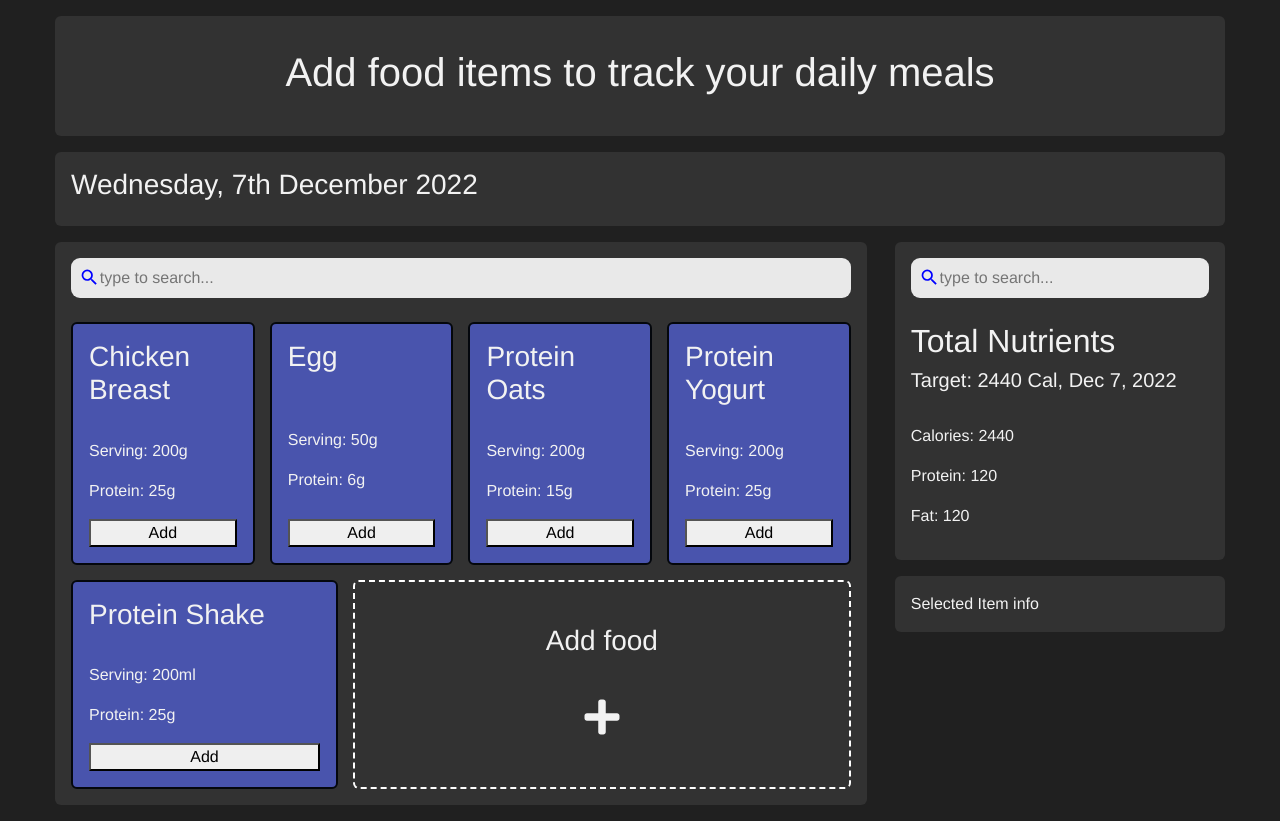
Repository: CEEPREL/NutritionTracker
Page: /
The author's editor kept a copy of each file at every save. The page is drawn from the files as they stood at one save, then again after the next save.
The browser window is 1280 px wide. The pictures show the whole page.
The project was rebuilt for these pictures with package versions that can differ from the ones it lists, and the page was loaded fresh each time. Also part of the build but not shown: vite.config.js.

Above is the page before, as saved 2022-12-08 19:07:20.

### public/index.html
<!DOCTYPE html>
<html lang="en">

<head>
  <meta charset="utf-8" />
  <link rel="icon" href="%PUBLIC_URL%/favicon.ico" />
  <meta name="viewport" content="width=device-width, initial-scale=1" />
  <meta name="theme-color" content="#000000" />
  <meta name="description" content="Web site created using create-react-app" />
  <link rel="apple-touch-icon" href="%PUBLIC_URL%/logo192.png" />
  <!--
      manifest.json provides metadata used when your web app is installed on a
      user's mobile device or desktop. See https://developers.google.com/web/fundamentals/web-app-manifest/
    -->
  <link rel="manifest" href="%PUBLIC_URL%/manifest.json" />
  <!--
      Notice the use of %PUBLIC_URL% in the tags above.
      It will be replaced with the URL of the `public` folder during the build.
      Only files inside the `public` folder can be referenced from the HTML.

      Unlike "/favicon.ico" or "favicon.ico", "%PUBLIC_URL%/favicon.ico" will
      work correctly both with client-side routing and a non-root public URL.
      Learn how to configure a non-root public URL by running `npm run build`.
    -->
  <title>React App</title>
  <!-- CSS only -->
  <link href="https://cdn.jsdelivr.net/npm/bootstrap@5.2.3/dist/css/bootstrap.min.css" rel="stylesheet"
    integrity="sha384-rbsA2VBKQhggwzxH7pPCaAqO46MgnOM80zW1RWuH61DGLwZJEdK2Kadq2F9CUG65" crossorigin="anonymous">

</head>

<body>
  <noscript>You need to enable JavaScript to run this app.</noscript>
  <div id="root"></div>

  <!-- JavaScript Bundle with Popper -->
  <script src="https://cdn.jsdelivr.net/npm/bootstrap@5.2.3/dist/js/bootstrap.bundle.min.js"
    integrity="sha384-kenU1KFdBIe4zVF0s0G1M5b4hcpxyD9F7jL+jjXkk+Q2h455rYXK/7HAuoJl+0I4"
    crossorigin="anonymous"></script>

</body>

</html>

### src/App.js
/* eslint-disable jsx-a11y/img-redundant-alt */
import React, { useState, useEffect } from 'react';
import './App.css';
import './styles/searchFood.css';
import data from './data';

import CalculateNutrients from './components/CalculateNutrients';
import FoodList from './components/FoodList';
import Header from './components/Header';

const App = () => {

  //   const [foods, setFoods] = useState([
  //     {
  //         name: "Chicken Breast",
  //         size: "200g",
  //         protein: "25g",
  //         category: "lunch"
  //     }, {
  //         name: "Egg",
  //         size: "50g",
  //         protein: "6g",
  //         category: "breakfast"
  //     }, {
  //         name: "Protein Oats",
  //         size: "200g",
  //         protein: "15g",
  //         category: "breakfast"
  //     }, {
  //         name: "Protein Yogurt",
  //         size: "200g",
  //         protein: "25g",
  //         category: "breakfast"
  //     }, {
  //         name: "Protein Shake",
  //         size: "200ml",
  //         protein: "25g",
  //         category: "lunch"
  //     }
  //  ]);

  const { food_data } = data;
  return (
    <div className="container">
      <Header />

      <div className="wrapper-card">
        <h3>Wednesday, 7th December 2022</h3>
      </div>

      <div className="row">

        <div className="col-left">
          <div className="wrapper-card">
            <FoodList food_data={food_data} />
          </div>
        </div>

        <div className="col-right">
          <div className="wrapper-card">
            <CalculateNutrients />
          </div>

          <div className="wrapper-card">
            Selected Item info
          </div>

        </div>

      </div>

    </div>
  );
}



export default App;

### src/App.css
* {
  margin: 0;
  padding: 0;
  box-sizing: border-box;
}

code {
  font-family: source-code-pro, Menlo, Monaco, Consolas, 'Courier New',
    monospace;
}

body {
  font-family: 'Helvetica', BlinkMacSystemFont, 'Segoe UI', 'Roboto', 'Oxygen',
    'Ubuntu', 'Cantarell', 'Fira Sans', 'Droid Sans', 'Helvetica Neue',
    sans-serif;
  -webkit-font-smoothing: antialiased;
  -moz-osx-font-smoothing: grayscale;
  background: #202020;
  color: #F2F2F2;
}

.container {
  max-width: 1200px;
  justify-content: center;
  align-items: center;
  margin-left: auto;
  margin-right: auto;
  margin-top: 1rem;
  padding-right: 15px;
  padding-left: 15px;
  min-height: 100vh;
}

.header {
  padding: 2rem;
  background-color:  #323232;
  display: flex;
  flex-direction: column;
  align-items: center;
  justify-content: center;
  margin-bottom: 1rem;
  border-radius: 6px;
}

.col-left{
  float: left;
  width: 70%;
}

.col-right{
  float: left;
  width: 30%;
  padding-left: 1rem;
}

.wrapper-card {
  background-color: #323232;
  padding: 1rem;
  border-radius: 6px;
  margin-bottom: 1rem;
}

.foodList {
  display: flex;
  flex-wrap: wrap;
  gap:15px;

  /* display: grid;
  grid-gap: 1rem;
  grid-template-columns: repeat(auto-fill, minmax(180px, 1fr)); */
}

.food-card {
  min-height:8rem;
  min-width:9rem;

  border-radius: 6px;
  background-color: #4954ad;
  border: 2px solid rgb(4, 7, 12);
  padding: 1rem;

  display: flex;
  flex-direction: column;
  align-items: left;
  justify-content: space-between;
  flex: 0.5;
  cursor: pointer;

}

.new-card{
  min-height:140px;
  min-width:  18rem;
  border-radius: 6px;
  border: 2px dashed rgb(255, 255, 255);
  padding: 1rem;

  display: flex;
  flex-direction: column;
  align-items: center;
  justify-content: center;
  flex: 1;
  cursor: pointer;
}

@media screen and (max-width: 960px) {
  .col-left, .col-right {
    width: 100%;
    padding: 0;
  }
}


/* Clear floats after the columns
.row:after {
  content: "";
  display: table;
  clear: both;
} */

### src/styles/searchFood.css
.searchFood {
    padding: 0.5rem;
    background-color:  #323232;
    display: flex;
    align-items: center;
    background-color: rgb(233,233,233);
    border-radius: 9px;

  }
  .searchFood input {
    border: none;
    background-color: rgb(233,233,233);

  }

  .searchFood input:focus {
    outline: none;
  }

### src/data.js

const data = {

    food_data: [
        {
            id: '1',
            name: "Chicken Breast",
            size: "200g",
            protein: "25g",
            category: "lunch",
            image: 'https://picsum.photos/id/190/2400/1600/'
        }, {
            id: '2',
            name: "Egg",
            size: "50g",
            protein: "6g",
            category: "breakfast",
            image: 'https://picsum.photos/id/170/2400/1600/'
        }, {
            id: '3',
            name: "Protein Oats",
            size: "200g",
            protein: "15g",
            category: "breakfast",
            image: 'https://picsum.photos/id/180/2400/1600/'
        }, {
            id: '4',
            name: "Protein Yogurt",
            size: "200g",
            protein: "25g",
            category: "breakfast",
            image: 'https://picsum.photos/id/170/2400/1600/'
        }, {
            id: '5',
            name: "Protein Shake",
            size: "200ml",
            protein: "25g",
            category: "lunch",
            image: 'https://picsum.photos/id/130/2400/1600/'
        }
    ],
};

export default data;

### src/components/CalculateNutrients.js
import React from 'react'
import SearchFood from './SearchFood'

function CalculateNutrients() {
  return (
    <div className="calculateNutrients">
      <SearchFood/>
      <br></br>
      <h2>Total Nutrients</h2>
      <h5>Target: 2440 Cal, Dec 7, 2022</h5>
      <br></br>
      <p>Calories: 2440</p>
      <p>Protein: 120</p>
      <p>Fat: 120</p>
    </div>
  )
}

export default CalculateNutrients

### src/components/FoodList.js
import { FaPlus } from 'react-icons/fa';
import Food from './Food';
import SearchFood from './SearchFood';

const FoodList = ({ food_data }) => {
    return (
        <div>
            <SearchFood />
            <br></br>

            <div className="foodList">
                {food_data.map((food) =>
                    <Food
                        key={food.id}
                        name={food.name}
                        size={food.size}
                        protein={food.protein}
                        image={food.image}
                    />
                )}

                {/*
                <Food name="Salad" serving="300g" protein="4g" />
                <Food name="Chicken" serving="500g" protein="21g" />
                <Food name="Peanut Butter" serving="30g" protein="6g" />
                <Food name="Peanut Butter" serving="30g" protein="6g" />
                <Food name="Peanut Butter" serving="30g" protein="6g" />
                <Food />
                */}
                <div className="new-card">
                    <h3>Add food </h3><br></br>
                    <h1><FaPlus /></h1>

                </div>
            </div>
        </div>

    )
}

export default FoodList

### src/components/Header.js
import React from 'react'
import SearchFood from './SearchFood'

function Header(props) {
    return (

        <div className="header">
            <h1>Add food items to track your daily meals</h1>
        </div>

    )
}

export default Header

### src/components/SearchFood.js
import React from 'react'
import { MdSearch } from 'react-icons/md'

function SearchFood() {
    return (
        <div className="searchFood">
            <MdSearch className="search-icons" size="1.3em" color="blue"/>
            <input
                // onChange={(event) => handleSearchNote(event.target.value)}
                type="text"
                placeholder="type to search...">

            </input>
        </div>
    )
}

export default SearchFood

### src/components/Food.js
import React from 'react'

const Food = ({ id, name, size, protein, image }) => {
    return (
        <div className="food-card">
            <h3>{name}</h3>
            <br></br>
            {/* <img className="small" src={image} alt={name}></img> */}
            <div>
                <p>Serving: {size}</p>
                <p>Protein: {protein}</p>
            </div>
            <button>Add</button>

        </div>
    )
}

Food.defaultProps = {
    name: "Enter Food",
    serving: "0g",
    protein: "0g"
}

export default Food

Loaded but not shown: src/index.js (common file)

After the next save:
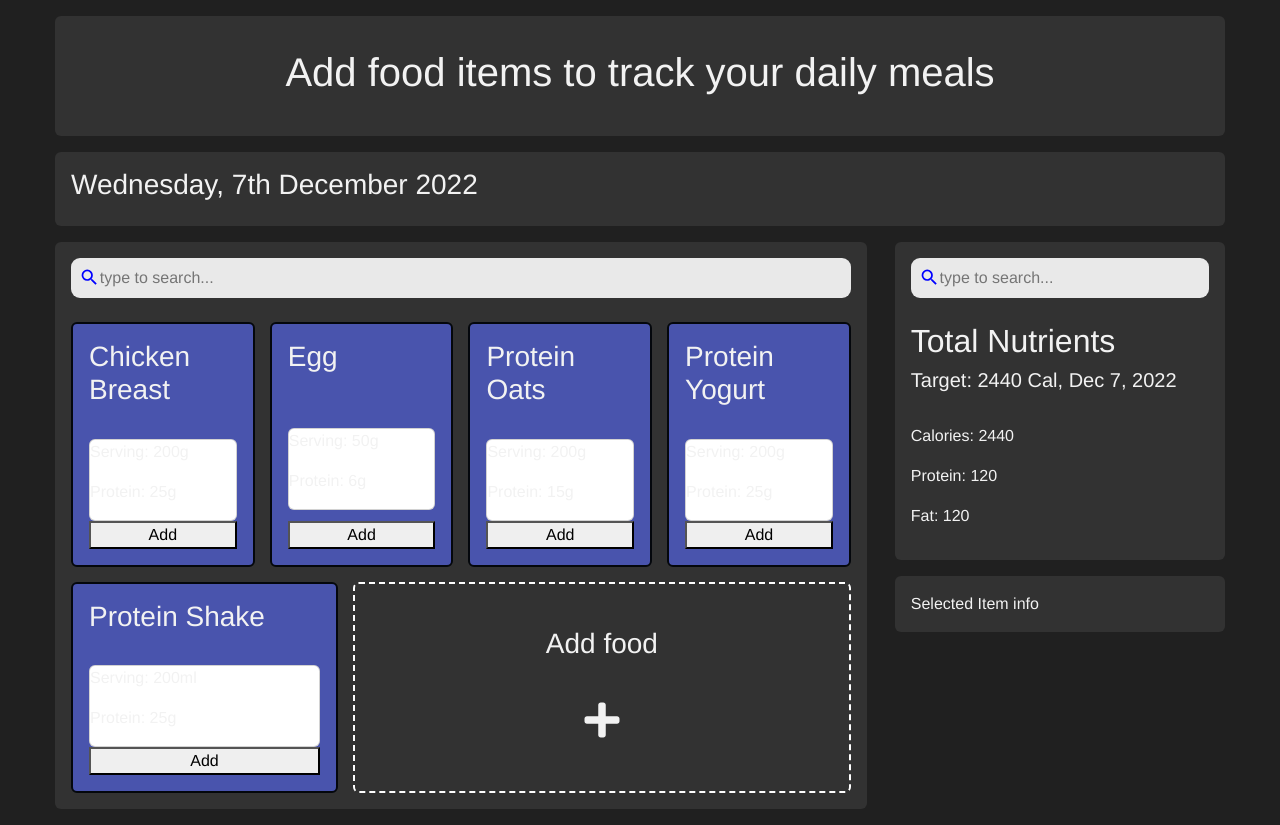
Saved 33 s later.
--- a/src/components/Food.js
+++ b/src/components/Food.js
@@ -6,7 +6,7 @@ const Food = ({ id, name, size, protein, image }) => {
             <h3>{name}</h3>
             <br></br>
             {/* <img className="small" src={image} alt={name}></img> */}
-            <div>
+            <div className="card">
                 <p>Serving: {size}</p>
                 <p>Protein: {protein}</p>
             </div>
